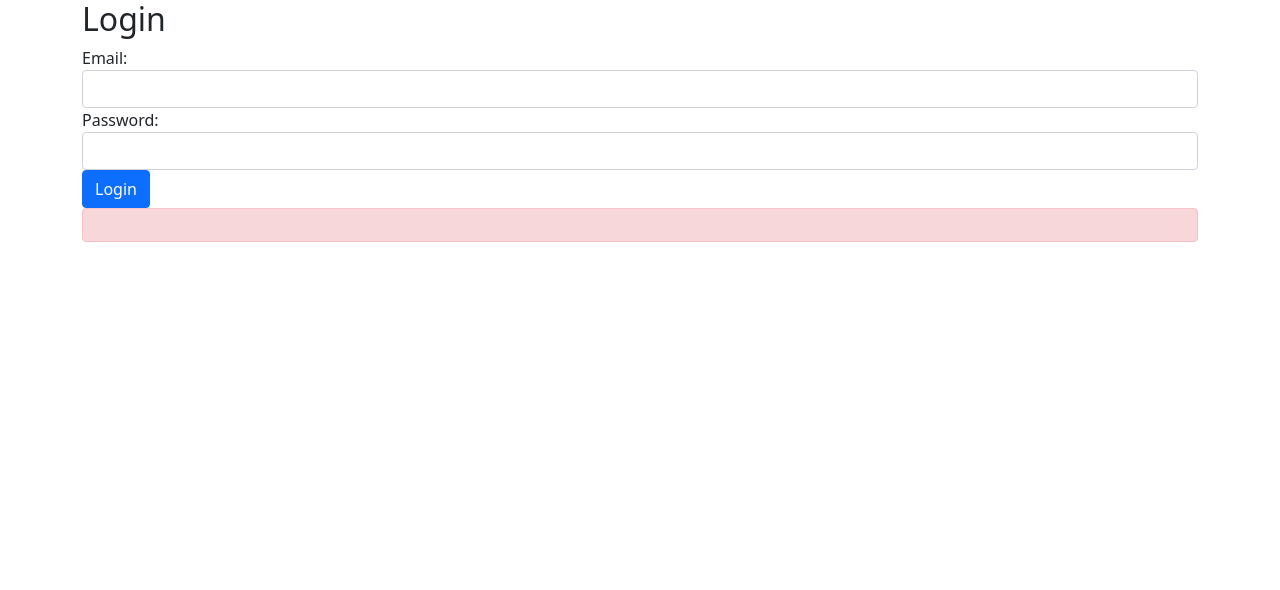
Repository: vinayakGarudi2002/swabhavTrainingProjects
Page: http://localhost/01_banking_application/login.jsp
These files come from the project's save history. The page is drawn as it stood at one moment and after the next save; the edit follows.
The browser window is 1280 px wide. The pictures show the whole page.
The page is served by Tomcat 9.

Above is the page before, as saved 2024-08-12 10:15:24.

After the next save:
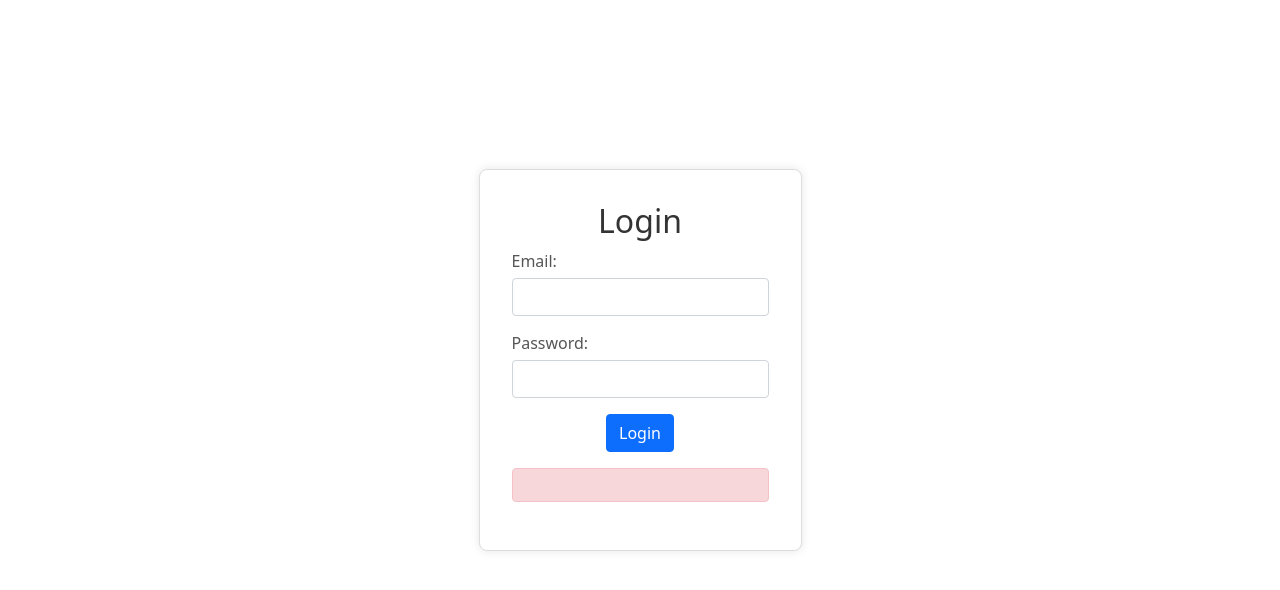
Saved 13 min 10 s later.
--- a/01_banking_application/WebContent/login.jsp
+++ b/01_banking_application/WebContent/login.jsp
@@ -1,21 +1,39 @@
-<%@ page language="java" contentType="text/html; charset=UTF-8" pageEncoding="UTF-8"%>
 <!DOCTYPE html>
 <html lang="en">
 <head>
     <meta charset="UTF-8">
+    <meta name="viewport" content="width=device-width, initial-scale=1.0">
     <title>Login - Banking App</title>
-
+    <link rel="stylesheet" type="text/css" href="static/css/styles.css">
     <link href="https://cdn.jsdelivr.net/npm/bootstrap@5.0.2/dist/css/bootstrap.min.css" rel="stylesheet" integrity="sha384-EVSTQN3/azprG1Anm3QDgpJLIm9Nao0Yz1ztcQTwFspd3yD65VohhpuuCOmLASjC" crossorigin="anonymous">
-<script src="https://cdn.jsdelivr.net/npm/bootstrap@5.0.2/dist/js/bootstrap.bundle.min.js" integrity="sha384-MrcW6ZMFYlzcLA8Nl+NtUVF0sA7MsXsP1UyJoMp4YLEuNSfAP+JcXn/tWtIaxVXM" crossorigin="anonymous"></script>
-
-<script src="https://cdn.jsdelivr.net/npm/@popperjs/core@2.9.2/dist/umd/popper.min.js" integrity="sha384-IQsoLXl5PILFhosVNubq5LC7Qb9DXgDA9i+tQ8Zj3iwWAwPtgFTxbJ8NT4GN1R8p" crossorigin="anonymous"></script>
-<script src="https://cdn.jsdelivr.net/npm/bootstrap@5.0.2/dist/js/bootstrap.min.js" integrity="sha384-cVKIPhGWiC2Al4u+LWgxfKTRIcfu0JTxR+EQDz/bgldoEyl4H0zUF0QKbrJ0EcQF" crossorigin="anonymous"></script>
-
+    <script src="https://cdn.jsdelivr.net/npm/bootstrap@5.0.2/dist/js/bootstrap.bundle.min.js" integrity="sha384-MrcW6ZMFYlzcLA8Nl+NtUVF0sA7MsXsP1UyJoMp4YLEuNSfAP+JcXn/tWtIaxVXM" crossorigin="anonymous"></script>
+    <script src="https://cdn.jsdelivr.net/npm/@popperjs/core@2.9.2/dist/umd/popper.min.js" integrity="sha384-IQsoLXl5PILFhosVNubq5LC7Qb9DXgDA9i+tQ8Zj3iwWAwPtgFTxbJ8NT4GN1R8p" crossorigin="anonymous"></script>
+    <script src="https://cdn.jsdelivr.net/npm/bootstrap@5.0.2/dist/js/bootstrap.min.js" integrity="sha384-cVKIPhGWiC2Al4u+LWgxfKTRIcfu0JTxR+EQDz/bgldoEyl4H0zUF0QKbrJ0EcQF" crossorigin="anonymous"></script>
+    <style>
+        body, html {
+            height: 100%;
+            margin: 0;
+        }
+        .centered-form {
+            display: flex;
+            justify-content: center;
+            align-items: center;
+            height: 100vh;
+        }
+        .login-box {
+            width: 100%;
+            max-width: 400px;
+            padding: 2rem;
+            border: 1px solid #ddd;
+            border-radius: 8px;
+            background-color: #fff;
+        }
+    </style>
 </head>
 <body>
-    <div class="container">
+    <div class="centered-form">
         <div class="login-box">
-            <h2>Login</h2>
+            <h2 class="text-center">Login</h2>
             <form action="LoginServlet" method="post">
                 <div class="form-group">
                     <label for="email">Email:</label>
@@ -25,12 +43,12 @@
                     <label for="password">Password:</label>
                     <input type="password" id="password" name="password" class="form-control" required>
                 </div>
-                <div class="form-actions">
+                <div class="form-actions text-center mt-3">
                     <button type="submit" class="btn btn-primary">Login</button>
                 </div>
             </form>
             <c:if test="${not empty errorMessage}">
-                <div class="alert alert-danger">${errorMessage}</div>
+                <div class="alert alert-danger mt-3">${errorMessage}</div>
             </c:if>
         </div>
     </div>
